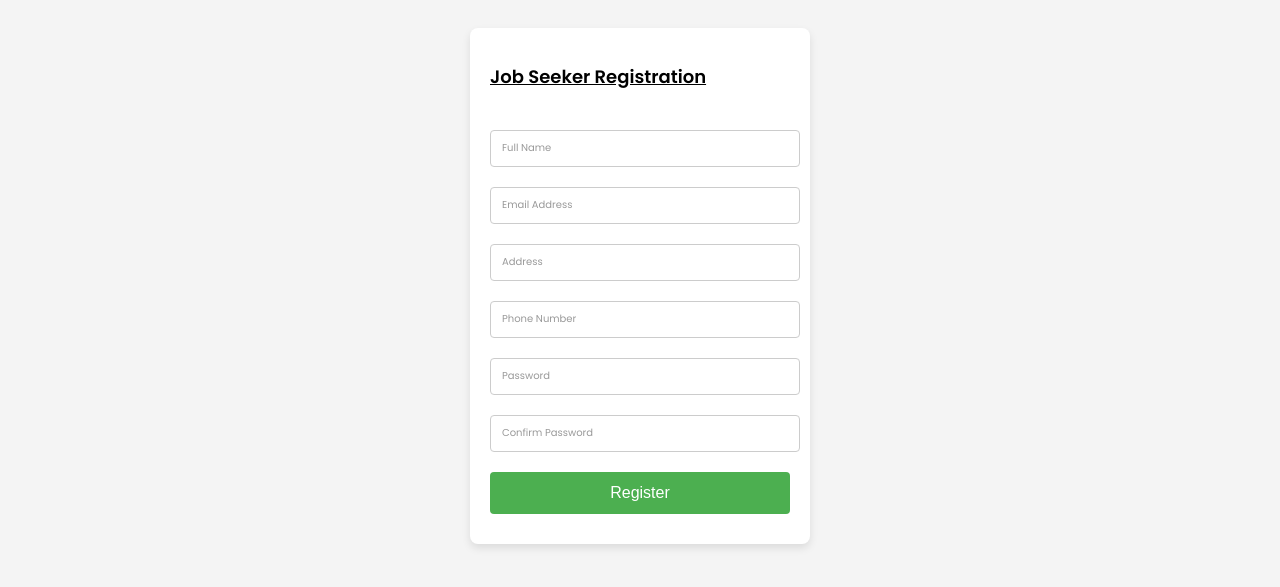
Repository: parthsabhani/Job_Portal_JSP_Servlet
Page: http://localhost/Job_Portal/jobSeekerRegistration.jsp
An editor plug-in stored every save of this project. The page is shown before and after the next save, followed by the edit.
The browser window is 1280 px wide. The pictures show the whole page.
The page is served by Tomcat 10.

Above is the page before, as saved 2025-04-22 08:18:01.

After the next save:
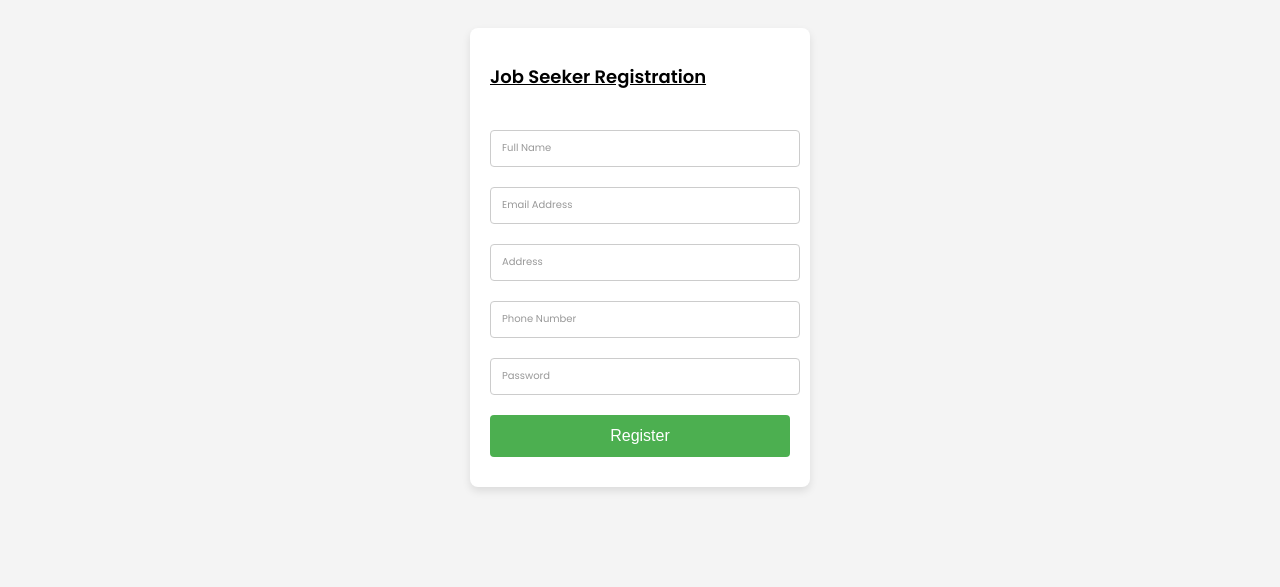
Saved 9 min 48 s later.
--- a/Job_Portal/src/main/webapp/jobSeekerRegistration.jsp
+++ b/Job_Portal/src/main/webapp/jobSeekerRegistration.jsp
@@ -142,12 +142,6 @@
                 <label for="password">Password</label>
             </div>
 
-            <!-- Confirm Password Field -->
-            <div class="input-container">
-                <input type="password" id="confirmPassword" name="confirmPassword" placeholder=" " required>
-                <label for="confirmPassword">Confirm Password</label>
-            </div>
-
             <button type="submit" class="submit-btn">Register</button>
 
             <div id="errorMessages" class="error">
